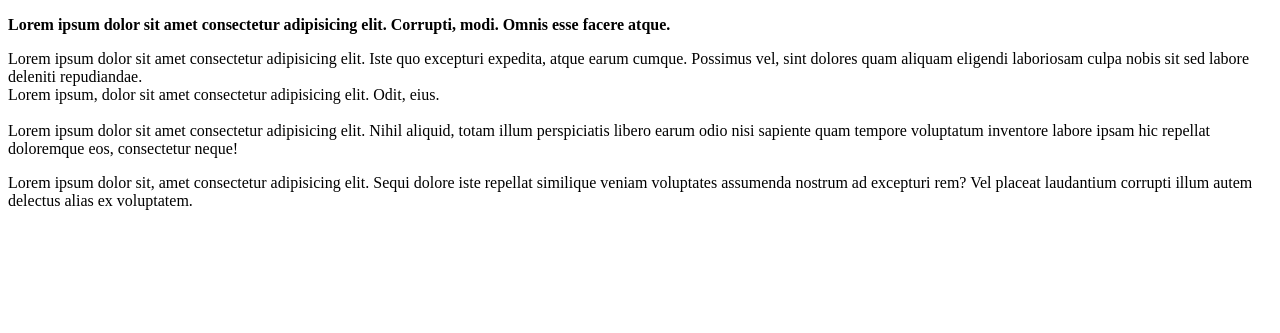
Repository: mitantsoa1/cash
Page: http://localhost/Views/Back/doc.php
The author's editor kept a copy of each file at every save. The page is drawn from the files as they stood at one save, then again after the next save.
The browser window is 1280 px wide. The pictures show the whole page.
The page is run by PHP 8.4 with error messages shown; the project is at /var/www/html/.

Above is the page before, as saved 2021-02-03 07:39:28.

### Views/Back/doc.php
<!DOCTYPE html>
<html lang="en">
<head>
    <meta charset="UTF-8">
    <meta name="viewport" content="width=device-width, initial-scale=1.0">
    <title>Document</title>
</head>
<body>
    <div class="container doc">
        <p class="text-center m-t-50 m-b-50">
           <b>Lorem ipsum dolor sit amet consectetur adipisicing elit. Corrupti, modi. Omnis esse facere atque.</b>  <br>
        </p>
       <div class="row">
            <div class="col-sm-6">
                <p>
                    Lorem ipsum dolor sit amet consectetur adipisicing elit. Iste quo excepturi expedita, atque earum cumque. Possimus vel, sint dolores quam aliquam eligendi laboriosam culpa nobis sit sed labore deleniti repudiandae. <br>
                    Lorem ipsum, dolor sit amet consectetur adipisicing elit. Odit, eius. <br><br>
                    Lorem ipsum dolor sit amet consectetur adipisicing elit. Nihil aliquid, totam illum perspiciatis libero earum odio nisi sapiente quam tempore voluptatum inventore labore ipsam hic repellat doloremque eos, consectetur neque!
                </p>

            </div>
            <div class="col-sm-6">
                <p>
                    Lorem ipsum dolor sit, amet consectetur adipisicing elit. Sequi dolore iste repellat similique veniam voluptates assumenda nostrum ad excepturi rem? Vel placeat laudantium corrupti illum autem delectus alias ex voluptatem. <br><br>

                </p>
            </div>
       </div>
    </div>
</body>
</html>

After the next save:
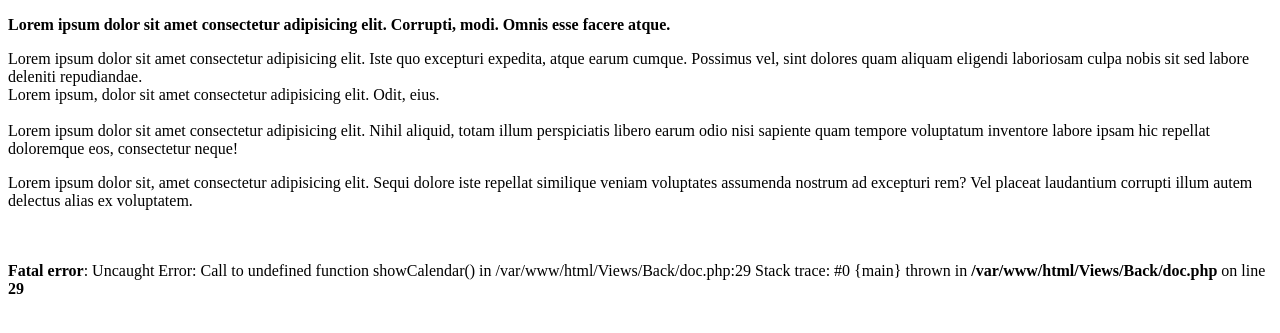
Saved 19 min 22 s later.
--- a/Views/Back/doc.php
+++ b/Views/Back/doc.php
@@ -25,6 +25,9 @@
 
                 </p>
             </div>
+            <?php
+                echo showCalendar(date("Y-m"));
+            ?>
        </div>
     </div>
 </body>

After the save that followed:
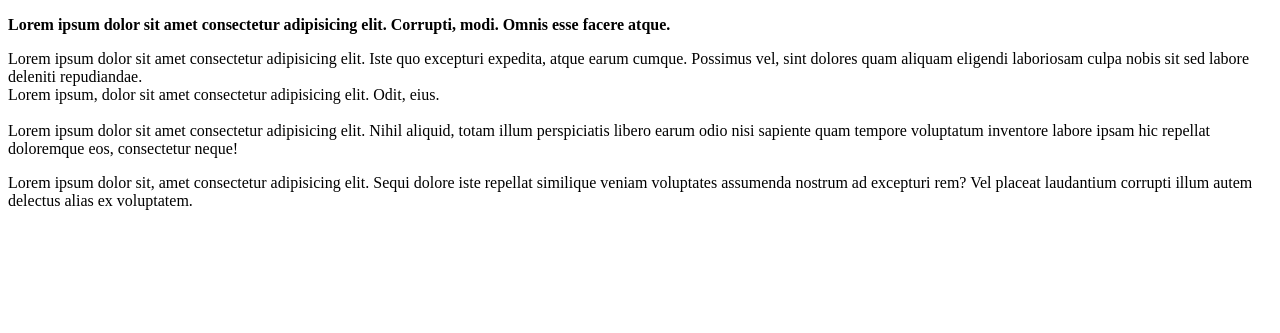
Saved 27 s later.
--- a/Views/Back/doc.php
+++ b/Views/Back/doc.php
@@ -26,7 +26,7 @@
                 </p>
             </div>
             <?php
-                echo showCalendar(date("Y-m"));
+                // echo showCalendar(date("Y-m"));
             ?>
        </div>
     </div>
